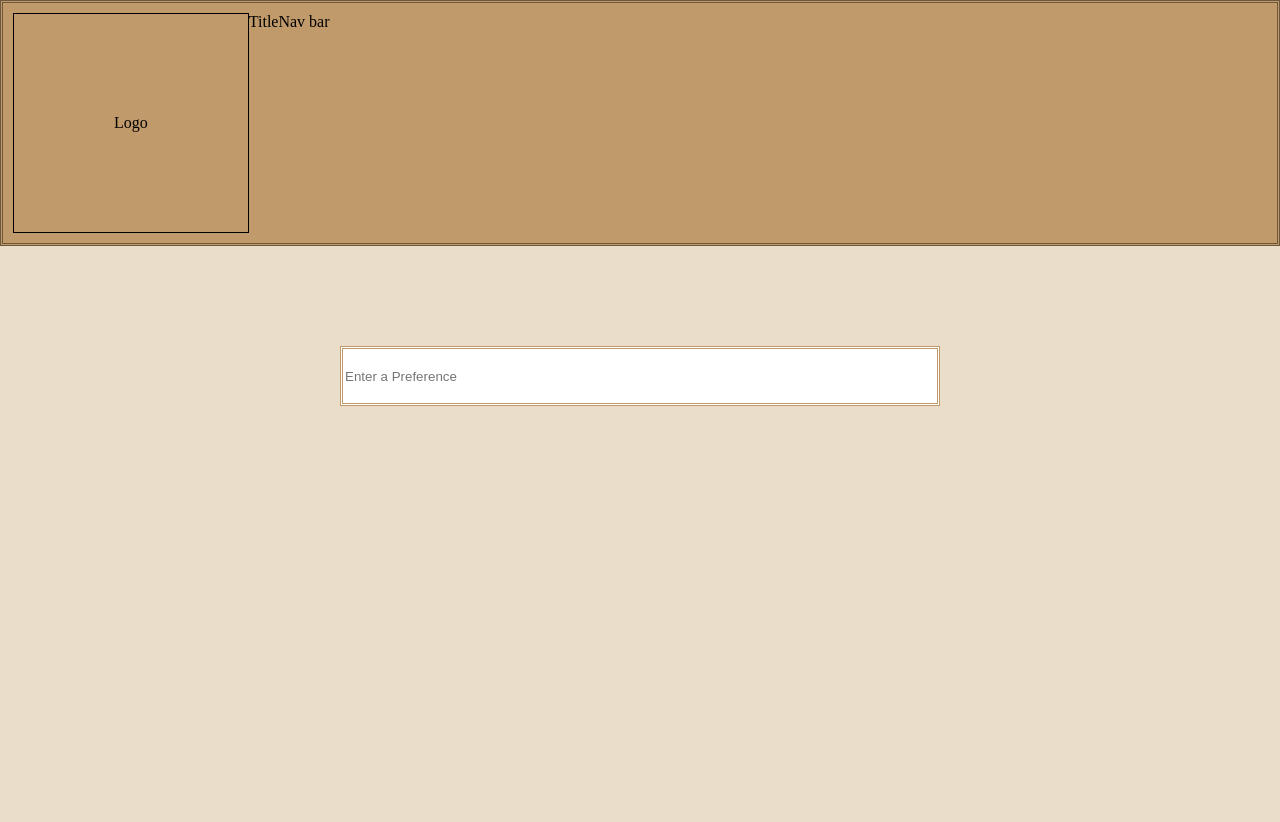
Repository: joshliu14/Travel-Mug
Page: /search
The author's editor kept a copy of each file at every save. The page is drawn from the files as they stood at one save, then again after the next save.
The browser window is 1280 px wide. The pictures show the whole page.
The project was rebuilt for these pictures with package versions that can differ from the ones it lists, and the page was loaded fresh each time.

Above is the page before, as saved 2024-01-02 12:56:12.

After the next save:
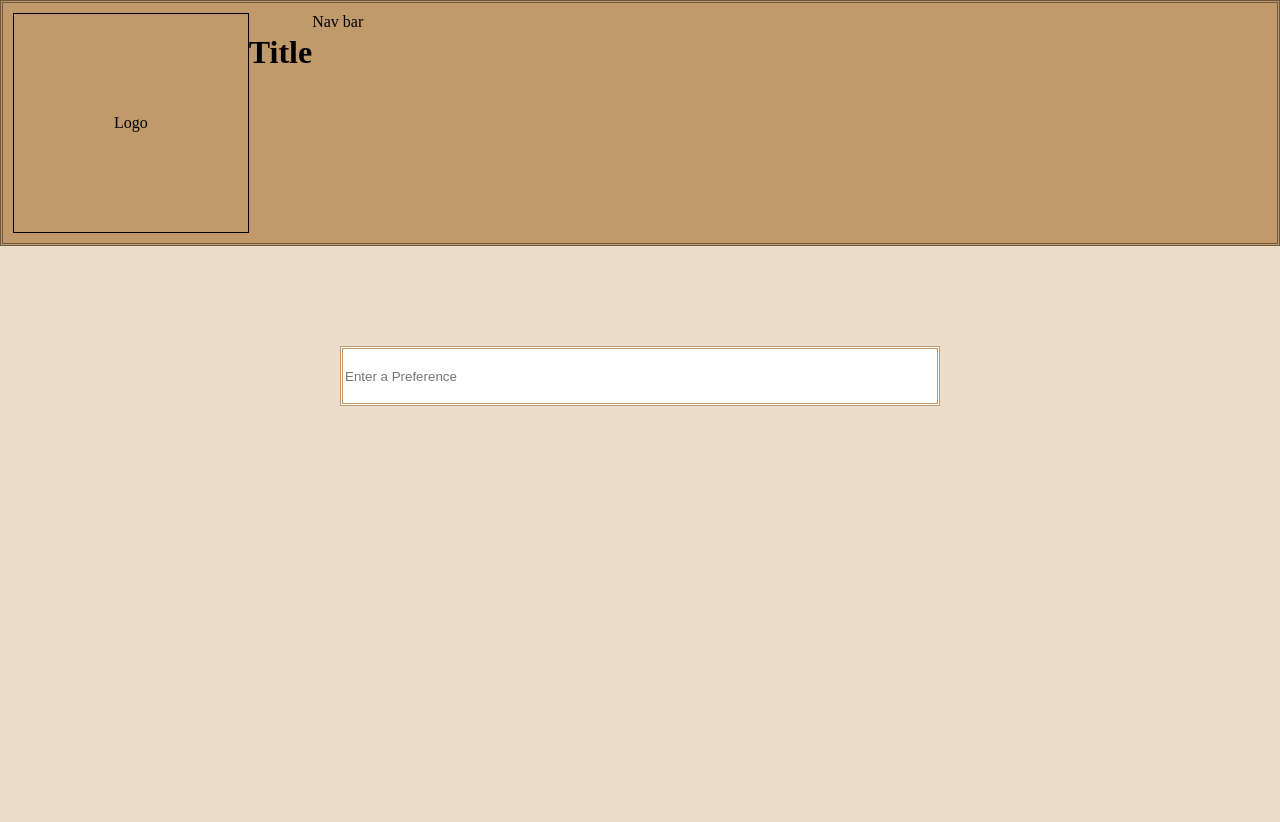
Saved 36 s later.
--- a/src/Home.js
+++ b/src/Home.js
@@ -7,7 +7,9 @@ class Search extends React.Component {
       <div>
         <div className="top">
           <div className="logo">Logo</div>
-          <div className="title">Title</div>
+          <div className="title">
+            <h1>Title</h1>
+          </div>
           <div className="nav">Nav bar</div>
         </div>
         <div className="bottom">
